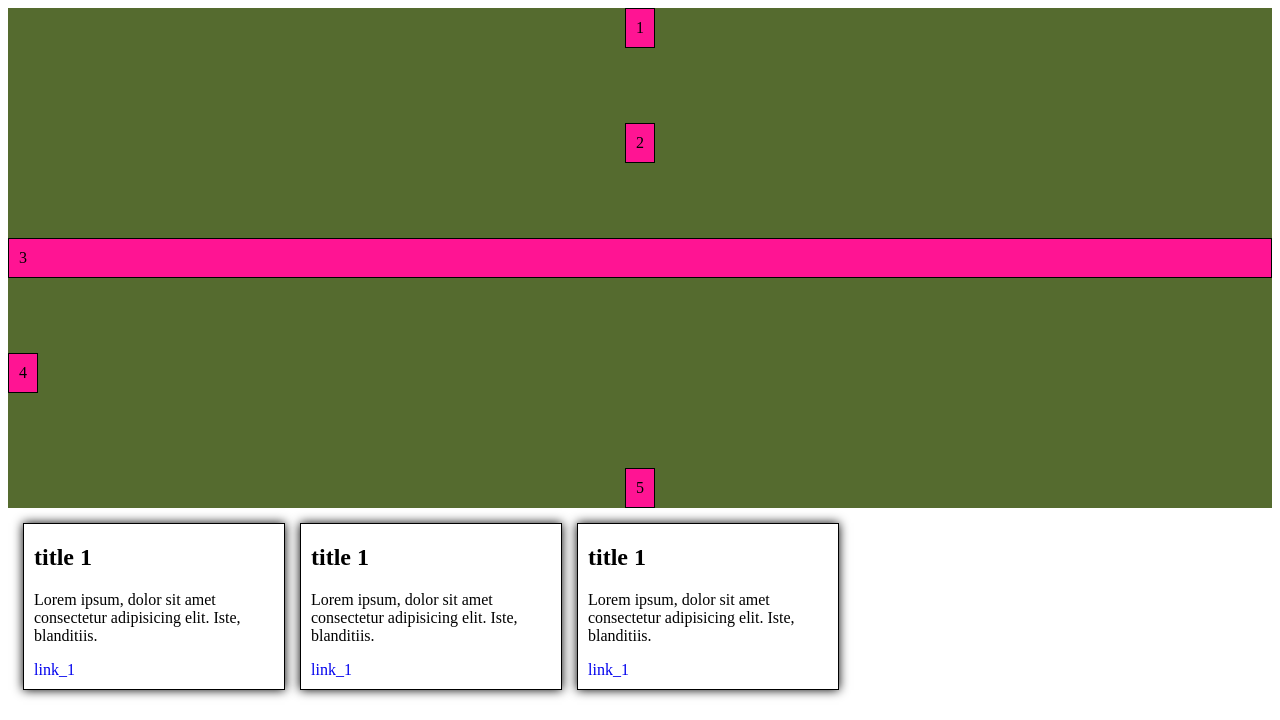
Repository: RustamNazarov98/demo
Page: index.html
The author's editor kept a copy of each file at every save. The page is drawn from the files as they stood at one save, then again after the next save.
The browser window is 1280 px wide. The pictures show the whole page.

Above is the page before, as saved 2022-04-06 18:38:20.

After the next save:
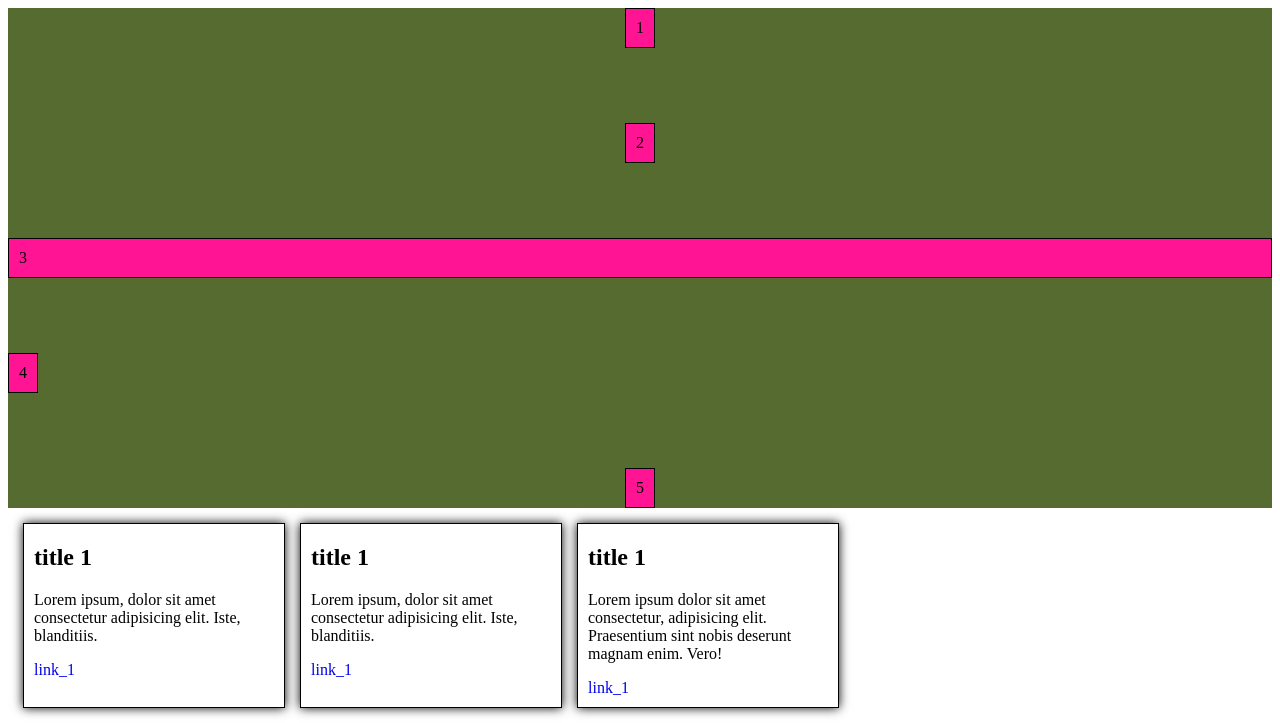
Saved 50 s later.
--- a/index.html
+++ b/index.html
@@ -32,7 +32,7 @@
         </div>
         <div class="card">
             <h2>title 1</h2>
-            <p>Lorem ipsum, dolor sit amet consectetur adipisicing elit. Iste, blanditiis.</p>
+            <p>Lorem ipsum dolor sit amet consectetur, adipisicing elit. Praesentium sint nobis deserunt magnam enim. Vero!</p>
             <a href="#">link_1</a>
         </div>
     </div>
